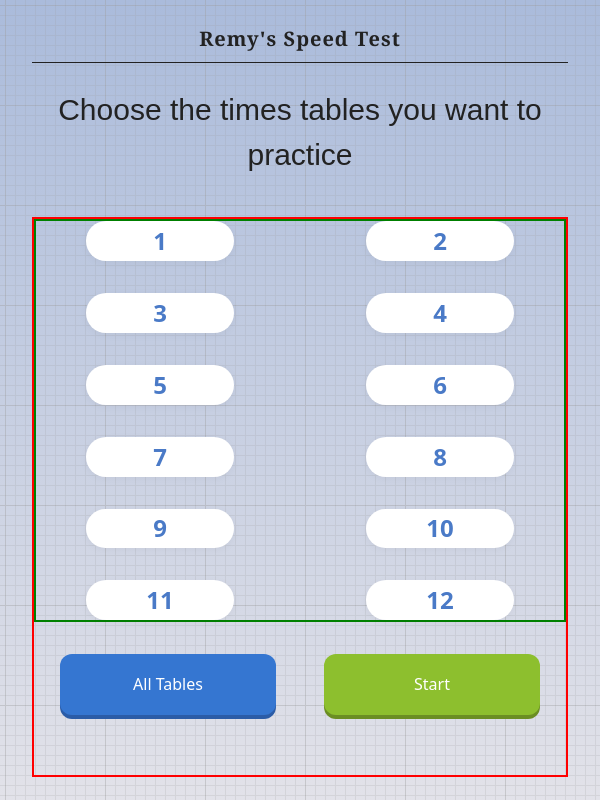
Repository: Chinurum-Omenuko/remys-speed-test
Page: / (app in app/)
These files come from the project's save history. The page is drawn as it stood at one moment and after the next save; the edit follows.
The browser window is 600 px wide. The pictures show the whole page.
The project was rebuilt for these pictures with package versions that can differ from the ones it lists, and the page was loaded fresh each time. The framework's server and built-in components were replaced by stand-ins that run in the browser. Also part of the build but not shown: app/svelte.config.js, app/vite.config.ts.

Above is the page before, as saved 2025-11-17 20:48:00.

After the next save:
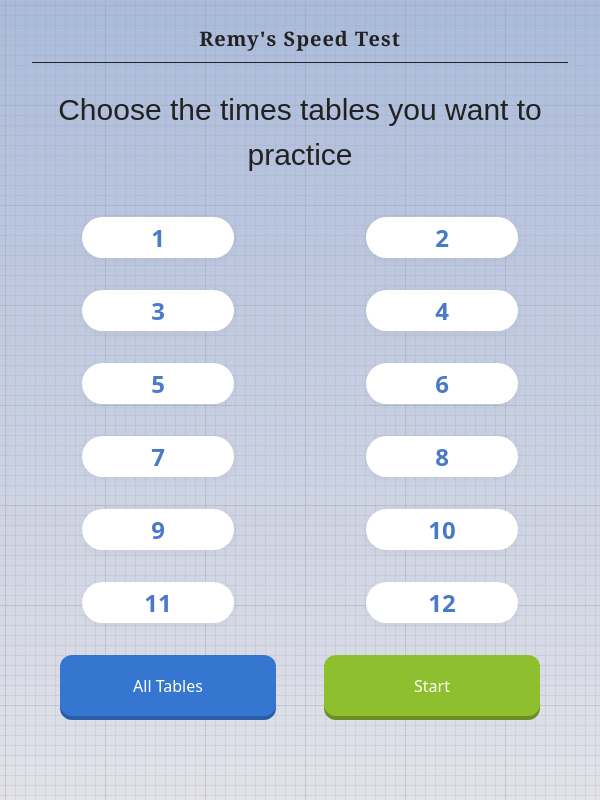
Saved 4 min 50 s later.
--- a/app/src/routes/+page.svelte
+++ b/app/src/routes/+page.svelte
@@ -196,14 +196,13 @@
 			display: flex;
 			flex-direction: column;
 			justify-content: space-around;
-			border: solid 2px red;
+
 		}
 		.title{
 			font-size: 20px;
 		}
 		.tables-grid {
 			grid-template-columns: repeat(2, 1fr);
-			border: solid 2px green;
 			height: 100%;
 
 		}
